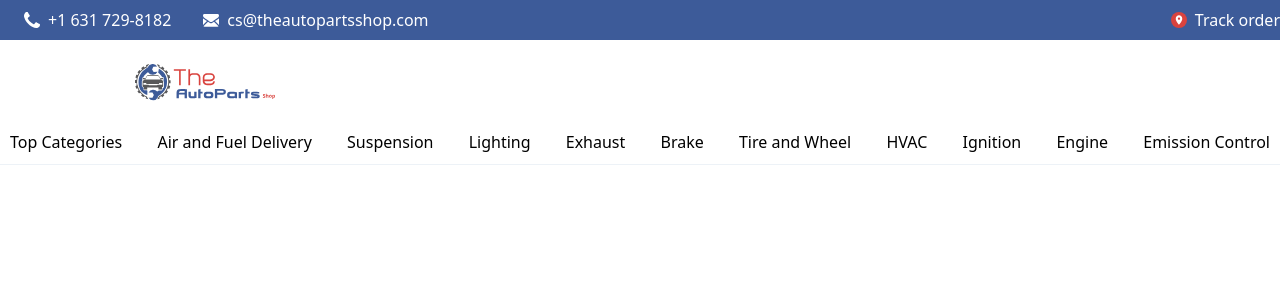
Repository: robindhimanspineor/TAPS-Next
Page: /
An editor plug-in stored every save of this project. The page is shown before and after the next save, followed by the edit.
The browser window is 1280 px wide. The pictures show the whole page.
The project was rebuilt for these pictures with package versions that can differ from the ones it lists, and the page was loaded fresh each time. The framework's server and built-in components were replaced by stand-ins that run in the browser. Also part of the build but not shown: next.config.js.

Above is the page before, as saved 2021-09-16 17:03:02.

### src/pages/index.tsx
// import { useRouter } from 'next/router';

// import { Meta } from '../layout/Meta';
// import { Main } from '../templates/Main';
import Header from '../components/common/header';

const Index = () => {
  // const router = useRouter();

  return (
    // <Main
    //   meta={
    //     <Meta
    //       title="Next.js Boilerplate Presentation"
    //       description="Next js Boilerplate is the perfect starter code for your project. Build your React application with the Next.js framework."
    //     />
    //   }
    // >
    // </Main>
    <div>
      <main className="main-container block">
        <Header />
      </main>
    </div>
  );
};

export default Index;

### src/styles/main.css
@tailwind base;
a {
  @apply text-blue-700;
}

a:hover {
  @apply border-b-2 border-blue-700;
}

@tailwind components;
@tailwind utilities;
.content p {
  @apply my-6;
}

.content ul {
  @apply my-6;
}

a {
  text-decoration: none;
  color: black;
}

.main-header {
  display: flex;
  flex-direction: row;
  flex-wrap: nowrap;
  align-content: flex-start;
  align-items: center;
  height: 80px;
  max-width: 1580px;
  flex-grow: 1;
  width: 100%;
  padding: 0 125px 0 115px;
}

.logo {
  flex-basis: 260px;
  display: flex;
  align-items: center;
  justify-content: flex-start;
  padding-left: 20px;
}

.logo a {
  display: inline-block;
}

.logo a span {
  display: block;
  margin-top: 5px;
  width: 140px;
}

### src/components/common/header/index.tsx
import TopHeader from './top-header';
import MainHeader from './main-header';
import CategoriesHeader from './categories-header';

const Header = () => {
  return (
    <header className="flex flex-col items-center justify-center w-full static border-b z-50">
      <TopHeader />
      <MainHeader />
      <CategoriesHeader />
    </header>
  );
};

export default Header;

### src/components/common/header/top-header.tsx
import PhoneHandle from '../../../svg/PhoneHandleSvg.js';
import MailBoxSvg from '../../../svg/MailBoxSvg.js';
import TrackOrderSvg from '../../../svg/TrackOrderSvg.js';

import topHeaderStyles from '../../../styles/top-header.module.css';
const TopHeader = () => {
  return (
    <div className={`${topHeaderStyles.bgBlue} head-top py-2 w-full text-base`}>
      <div className="w-screen max-w-screen-xl flex justify-between mx-auto">
        <div className="head-top-left flex text-white font-medium pl-6">
          <div className="head-top-phone flex items-center text-white w-auto">
            <div
              className="text-white h-6 w-6 flex items-center pr-2"
              style={{ fill: '#fff' }}
            >
              <PhoneHandle />
            </div>
            <p>+1 631 729-8182</p>
          </div>
          <div className="heap-top-email flex items-center text-white w-auto ml-8">
            <div
              className="text-white h-6 w-6 flex items-center pr-2"
              style={{ fill: '#fff' }}
            >
              <MailBoxSvg />
            </div>
            <p>cs@theautopartsshop.com</p>
          </div>
        </div>
        <div className="head-top-right text-white font-medium">
          <div
            className="head-top-track-order flex items-center text-white w-auto cursor-pointer"
            onClick={() => console.log('track order')}
          >
            <div
              className="text-white h-6 w-6 flex items-center pr-2 "
              style={{ fill: '#fff' }}
            >
              <TrackOrderSvg />
            </div>
            <p>Track order</p>
          </div>
        </div>
      </div>
    </div>
  );
};
export default TopHeader;

### src/components/common/header/main-header.tsx
import Logo from './logo';

const MainHeader = () => {
  return (
    <div className="main-header">
      <Logo />
      <div className="searchbar"></div>
      <div className="cart-button"></div>
    </div>
  );
};

export default MainHeader;

### src/components/common/header/categories-header.tsx
import Link from 'next/link';
const CategoriesHeader = () => {
  return (
    <div className="header-categories w-screen max-w-screen-xl flex justify-between ">
      <Link href="/">
        <a className="m-2.5 text-black">Top Categories</a>
      </Link>
      <Link href="/air-and-fuel-delivery">
        <a className="m-2.5 text-black">Air and Fuel Delivery</a>
      </Link>
      <Link href="/suspension">
        <a className="m-2.5 text-black">Suspension</a>
      </Link>
      <Link href="/electrical-lighting-and-body">
        <a className="m-2.5 text-black">Lighting</a>
      </Link>
      <Link href="/exhaust">
        <a className="m-2.5 text-black">Exhaust</a>
      </Link>
      <Link href="/brake">
        <a className="m-2.5 text-black">Brake</a>
      </Link>
      <Link href="/tire-and-wheel">
        <a className="m-2.5 text-black">Tire and Wheel</a>
      </Link>
      <Link href="/hvac">
        <a className="m-2.5 text-black">HVAC</a>
      </Link>
      <Link href="/ignition">
        <a className="m-2.5 text-black">Ignition</a>
      </Link>
      <Link href="/engine">
        <a className="m-2.5 text-black">Engine</a>
      </Link>
      <Link href="/emission-control">
        <a className="m-2.5 text-black">Emission Control</a>
      </Link>
    </div>
  );
};

export default CategoriesHeader;

### src/svg/PhoneHandleSvg.js
import React from 'react';

const PhoneHandle = () => (
  <svg
    version="1.1"
    xmlns="http://www.w3.org/2000/svg"
    xmlnsXlink="http://www.w3.org/1999/xlink"
    x="0px"
    y="0px"
    width="401.998px"
    height="401.998px"
    viewBox="0 0 401.998 401.998"
    style={{ enableBackground: 'new 0 0 401.998 401.998' }}
    xmlSpace="preserve"
    aria-label="phone handle svg"
  >
    <g>
      <path
        d="M401.129,311.475c-1.137-3.426-8.371-8.473-21.697-15.129c-3.61-2.098-8.754-4.949-15.41-8.566
		c-6.662-3.617-12.709-6.95-18.13-9.996c-5.432-3.045-10.521-5.995-15.276-8.846c-0.76-0.571-3.139-2.234-7.136-5
		c-4.001-2.758-7.375-4.805-10.14-6.14c-2.759-1.327-5.473-1.995-8.138-1.995c-3.806,0-8.56,2.714-14.268,8.135
		c-5.708,5.428-10.944,11.324-15.7,17.706c-4.757,6.379-9.802,12.275-15.126,17.7c-5.332,5.427-9.713,8.138-13.135,8.138
		c-1.718,0-3.86-0.479-6.427-1.424c-2.566-0.951-4.518-1.766-5.858-2.423c-1.328-0.671-3.607-1.999-6.845-4.004
		c-3.244-1.999-5.048-3.094-5.428-3.285c-26.075-14.469-48.438-31.029-67.093-49.676c-18.649-18.658-35.211-41.019-49.676-67.097
		c-0.19-0.381-1.287-2.19-3.284-5.424c-2-3.237-3.333-5.518-3.999-6.854c-0.666-1.331-1.475-3.283-2.425-5.852
		s-1.427-4.709-1.427-6.424c0-3.424,2.713-7.804,8.138-13.134c5.424-5.327,11.326-10.373,17.7-15.128
		c6.379-4.755,12.275-9.991,17.701-15.699c5.424-5.711,8.136-10.467,8.136-14.273c0-2.663-0.666-5.378-1.997-8.137
		c-1.332-2.765-3.378-6.139-6.139-10.138c-2.762-3.997-4.427-6.374-4.999-7.139c-2.852-4.755-5.799-9.846-8.848-15.271
		c-3.049-5.424-6.377-11.47-9.995-18.131c-3.615-6.658-6.468-11.799-8.564-15.415C98.986,9.233,93.943,1.997,90.516,0.859
		C89.183,0.288,87.183,0,84.521,0c-5.142,0-11.85,0.95-20.129,2.856c-8.282,1.903-14.799,3.899-19.558,5.996
		c-9.517,3.995-19.604,15.605-30.264,34.826C4.863,61.566,0.01,79.271,0.01,96.78c0,5.135,0.333,10.131,0.999,14.989
		c0.666,4.853,1.856,10.326,3.571,16.418c1.712,6.09,3.093,10.614,4.137,13.56c1.045,2.948,2.996,8.229,5.852,15.845
		c2.852,7.614,4.567,12.275,5.138,13.988c6.661,18.654,14.56,35.307,23.695,49.964c15.03,24.362,35.541,49.539,61.521,75.521
		c25.981,25.98,51.153,46.49,75.517,61.526c14.655,9.134,31.314,17.032,49.965,23.698c1.714,0.568,6.375,2.279,13.986,5.141
		c7.614,2.854,12.897,4.805,15.845,5.852c2.949,1.048,7.474,2.43,13.559,4.145c6.098,1.715,11.566,2.905,16.419,3.576
		c4.856,0.657,9.853,0.996,14.989,0.996c17.508,0,35.214-4.856,53.105-14.562c19.219-10.656,30.826-20.745,34.823-30.269
		c2.102-4.754,4.093-11.273,5.996-19.555c1.909-8.278,2.857-14.985,2.857-20.126C401.99,314.814,401.703,312.819,401.129,311.475z"
      />
    </g>
    <g />
    <g />
    <g />
    <g />
    <g />
    <g />
    <g />
    <g />
    <g />
    <g />
    <g />
    <g />
    <g />
    <g />
    <g />
  </svg>
);

export default PhoneHandle;

### src/svg/MailBoxSvg.js
import React from 'react';

const MailBoxSvg = () => (
  <svg
    version="1.1"
    xmlns="http://www.w3.org/2000/svg"
    xmlnsXlink="http://www.w3.org/1999/xlink"
    x="0px"
    y="0px"
    width="550.795px"
    height="550.795px"
    viewBox="0 0 550.795 550.795"
    style={{ enableBackground: 'new 0 0 550.795 550.795' }}
    xmlSpace="preserve"
    aria-label="mail box"
  >
    <g>
      <g>
        <path
          d="M501.613,491.782c12.381,0,23.109-4.088,32.229-12.16L377.793,323.567c-3.744,2.681-7.373,5.288-10.801,7.767
			c-11.678,8.604-21.156,15.318-28.434,20.129c-7.277,4.822-16.959,9.737-29.045,14.755c-12.094,5.024-23.361,7.528-33.813,7.528
			h-0.306h-0.306c-10.453,0-21.72-2.503-33.813-7.528c-12.093-5.018-21.775-9.933-29.045-14.755
			c-7.277-4.811-16.75-11.524-28.434-20.129c-3.256-2.387-6.867-5.006-10.771-7.809L16.946,479.622
			c9.119,8.072,19.854,12.16,32.234,12.16H501.613z"
        />
        <path
          d="M31.047,225.299C19.37,217.514,9.015,208.598,0,198.555V435.98l137.541-137.541
			C110.025,279.229,74.572,254.877,31.047,225.299z"
        />
        <path
          d="M520.059,225.299c-41.865,28.336-77.447,52.73-106.75,73.195l137.486,137.492V198.555
			C541.98,208.396,531.736,217.306,520.059,225.299z"
        />
        <path
          d="M501.613,59.013H49.181c-15.784,0-27.919,5.33-36.42,15.979C4.253,85.646,0.006,98.97,0.006,114.949
			c0,12.907,5.636,26.892,16.903,41.959c11.267,15.061,23.256,26.891,35.961,35.496c6.965,4.921,27.969,19.523,63.012,43.801
			c18.917,13.109,35.368,24.535,49.505,34.395c12.05,8.396,22.442,15.667,31.022,21.701c0.985,0.691,2.534,1.799,4.59,3.269
			c2.215,1.591,5.018,3.61,8.476,6.107c6.659,4.816,12.191,8.709,16.597,11.683c4.4,2.975,9.731,6.298,15.985,9.988
			c6.249,3.685,12.143,6.456,17.675,8.299c5.533,1.842,10.655,2.766,15.367,2.766h0.306h0.306c4.711,0,9.834-0.924,15.368-2.766
			c5.531-1.843,11.42-4.608,17.674-8.299c6.248-3.69,11.572-7.02,15.986-9.988c4.406-2.974,9.938-6.866,16.598-11.683
			c3.451-2.497,6.254-4.517,8.469-6.102c2.057-1.476,3.605-2.577,4.596-3.274c6.684-4.651,17.1-11.892,31.104-21.616
			c25.482-17.705,63.01-43.764,112.742-78.281c14.957-10.447,27.453-23.054,37.496-37.803c10.025-14.749,15.051-30.22,15.051-46.408
			c0-13.525-4.873-25.098-14.598-34.737C526.461,63.829,514.932,59.013,501.613,59.013z"
        />
      </g>
    </g>
    <g />
    <g />
    <g />
    <g />
    <g />
    <g />
    <g />
    <g />
    <g />
    <g />
    <g />
    <g />
    <g />
    <g />
    <g />
  </svg>
);

export default MailBoxSvg;

### src/svg/TrackOrderSvg.js
import React from 'react';

const TrackOrderSvg = () => (
    <svg xmlns="http://www.w3.org/2000/svg"
        version="1.1"
        id="Layer_1"
        x="0px"
        y="0px"
        viewBox="0 0 28 28"
        style={{ enableBackground: "new 0 0 28 28" }}>

        <circle id="Ellipse_2" fill="#D9433E" cx="14" cy="14" r="14" />
        <path id="Icon_material-location-on" fill="#FFFFFF" d="M14,5.9c-3.1,0-5.7,2.5-5.7,5.7c0,0,0,0,0,0c0,4.3,5.7,10.5,5.7,10.5  s5.7-6.3,5.7-10.5C19.7,8.4,17.1,5.9,14,5.9C14,5.9,14,5.9,14,5.9z M14,13.6c-1.1,0-2-0.9-2-2c0-1.1,0.9-2,2-2c1.1,0,2,0.9,2,2l0,0  C16,12.7,15.1,13.6,14,13.6z" />
    </svg>
);

export default TrackOrderSvg;

### src/styles/top-header.module.css
.bgBlue {
  background-color: #3d5b99;
}

### src/components/common/header/logo.tsx
import React from 'react';
import Link from 'next/link';

const Logo = () => (
  <div className="logo">
    <Link href="/">
      <a>
        <span>
          <svg x="0px" y="0px" viewBox="0 0 1004.91 260.67">
            <title>theautopartsshop.com</title>
            <path
              fill="#ff0"
              d="M231.67,154.11"
              transform="translate(-48.51 -38.87)"
            />
            <path
              fill="#ff0"
              d="M259.25,150.17"
              transform="translate(-48.51 -38.87)"
            />
            <path
              fill="#d9433e"
              d="M327.3,76.1h86.6V87.9H376.66V191.22H364.95V87.9H327.3Z"
              transform="translate(-48.51 -38.87)"
            />
            <path
              fill="#d9433e"
              d="M431.62,76h12.2v33.85q8.8-5.33,15.59-5.33h31.1q10.58,0,20.92,10.66,6.87,7.35,6.87,23.59v52.43H506.5V137.58q0-16.07-12.12-20.12l-5.33-.73H461.67q-13.81,0-17.53,12.93l-.32,2.67v58.89h-12.2Z"
              transform="translate(-48.51 -38.87)"
            />
            <path
              fill="#d9433e"
              d="M564.53,104.46h28.19q20.2,0,28.2,21.65l.73,5.74v3.39q0,14.46-16.32,24.4A35.87,35.87,0,0,1,592,162.3H547.08V163q0,11.47,13.33,15.59l7.59.81h20.92q15.83,0,20.12-11.39a34.07,34.07,0,0,0,1.54-6.14h11.07q0,20.76-22.46,28.6l-6.46.73h-24.4q-24.16,0-31.91-19.39a43.41,43.41,0,0,1-1.53-10.66V134.11q0-19.63,19-27.79A26.84,26.84,0,0,1,564.53,104.46Zm-17.85,33.85v12.2h41.12q17,0,20.52-10.34a15.89,15.89,0,0,0,1.54-7.19q0-7-6.06-12.52-4.2-4.2-15.27-4.2H568.73q-12.52,0-16.72,4.93Q546.68,125.38,546.68,138.31Z"
              transform="translate(-48.51 -38.87)"
            />
            <path
              fill="#d9433e"
              d="M983.65,273.4a6.78,6.78,0,0,1-2.56,5.6,11.11,11.11,0,0,1-7.12,2,16.71,16.71,0,0,1-7.43-1.58V274.3A30.63,30.63,0,0,0,971,276a13.3,13.3,0,0,0,3.37.49,4.79,4.79,0,0,0,2.81-.7,2.4,2.4,0,0,0,1-2.08,2.3,2.3,0,0,0-.43-1.37,4.81,4.81,0,0,0-1.27-1.16,32.89,32.89,0,0,0-3.4-1.78,16.1,16.1,0,0,1-3.61-2.17,8.15,8.15,0,0,1-1.92-2.42,6.91,6.91,0,0,1-.72-3.23,6.78,6.78,0,0,1,2.36-5.47,9.8,9.8,0,0,1,6.53-2,15.4,15.4,0,0,1,3.9.48,26.89,26.89,0,0,1,3.89,1.36l-1.79,4.33a26.36,26.36,0,0,0-3.47-1.2,11.18,11.18,0,0,0-2.7-.34,3.57,3.57,0,0,0-2.42.74,2.42,2.42,0,0,0-.84,1.92,2.38,2.38,0,0,0,.34,1.28,3.74,3.74,0,0,0,1.09,1.06,33.55,33.55,0,0,0,3.53,1.84,14,14,0,0,1,5,3.53A6.89,6.89,0,0,1,983.65,273.4Z"
              transform="translate(-48.51 -38.87)"
            />
            <path
              fill="#d9433e"
              d="M1006.43,280.69H1001V269q0-4.34-3.23-4.34a3.67,3.67,0,0,0-3.32,1.56,9.53,9.53,0,0,0-1,5.06v9.44H987.9V252.75h5.48v5.69q0,.67-.13,3.12l-.12,1.62h.29a6.34,6.34,0,0,1,5.82-2.94,7.11,7.11,0,0,1,5.37,1.9,7.56,7.56,0,0,1,1.83,5.46Z"
              transform="translate(-48.51 -38.87)"
            />
            <path
              fill="#d9433e"
              d="M1030.23,270.62q0,4.9-2.58,7.67a9.37,9.37,0,0,1-7.2,2.76,10.07,10.07,0,0,1-5.1-1.27,8.41,8.41,0,0,1-3.39-3.64,12.21,12.21,0,0,1-1.19-5.53q0-4.92,2.57-7.65a9.43,9.43,0,0,1,7.22-2.73,10.13,10.13,0,0,1,5.1,1.26,8.39,8.39,0,0,1,3.39,3.61A12.1,12.1,0,0,1,1030.23,270.62Zm-13.88,0a8.42,8.42,0,0,0,1,4.51,3.5,3.5,0,0,0,3.19,1.53,3.44,3.44,0,0,0,3.15-1.52,8.54,8.54,0,0,0,1-4.51,8.29,8.29,0,0,0-1-4.47,4.12,4.12,0,0,0-6.34,0A8.28,8.28,0,0,0,1016.35,270.62Z"
              transform="translate(-48.51 -38.87)"
            />
            <path
              fill="#d9433e"
              d="M1045.7,281a6.65,6.65,0,0,1-5.55-2.57h-.29q.29,2.51.29,2.91v8.13h-5.48v-28.9h4.45l.77,2.6h.25a6.33,6.33,0,0,1,5.69-3,6.51,6.51,0,0,1,5.57,2.75q2,2.75,2,7.63a15.07,15.07,0,0,1-.94,5.58,7.83,7.83,0,0,1-2.68,3.61A6.88,6.88,0,0,1,1045.7,281Zm-1.62-16.43a3.46,3.46,0,0,0-3,1.25,7.16,7.16,0,0,0-1,4.12v.59a8.45,8.45,0,0,0,1,4.63,3.43,3.43,0,0,0,3,1.4q3.68,0,3.68-6.07a8.67,8.67,0,0,0-.91-4.44A3.09,3.09,0,0,0,1044.09,264.62Z"
              transform="translate(-48.51 -38.87)"
            />
            <path
              fill="#3d5b99"
              d="M363.38,284.2h-16.7V251.25a79.65,79.65,0,0,1,1.21-14.73A20.87,20.87,0,0,1,353,226q3.88-4.2,11.12-6.34t19.2-2.14a168.44,168.44,0,0,1,20.76,1.21q9.69,1.21,17.19,1.92V284.2H404.64V258.48H363.47Zm41.25-51.52q-4.82-.36-10.22-.58t-11.3-.22a39.21,39.21,0,0,0-9.46.94,14.28,14.28,0,0,0-5.8,2.77,10.42,10.42,0,0,0-3.08,4.38,21.9,21.9,0,0,0-1.21,5.76h41.07Z"
              transform="translate(-48.51 -38.87)"
            />
            <path
              fill="#3d5b99"
              d="M459.73,285.27a67,67,0,0,1-11.92-.94,19.65,19.65,0,0,1-8.57-3.57,16,16,0,0,1-5.18-7.28,34.9,34.9,0,0,1-1.74-12.05V238.57H449v22.86a14,14,0,0,0,.63,4.55,6.31,6.31,0,0,0,1.92,2.86,7.71,7.71,0,0,0,3.3,1.52,22.7,22.7,0,0,0,4.87.45q1.69,0,3.13,0t3-.18l3.39-.27q1.83-.13,4.42-.4V238.57h16.61v43.57q-3.39.45-6.79,1t-7.1,1q-3.71.45-7.77.76T459.73,285.27Z"
              transform="translate(-48.51 -38.87)"
            />
            <path
              fill="#3d5b99"
              d="M533.48,250.36H518.93V284.2h-16.7V222.59l16.7-4.29v19.29h14.55Z"
              transform="translate(-48.51 -38.87)"
            />
            <path
              fill="#3d5b99"
              d="M576.87,237.59a117.41,117.41,0,0,1,16.21.94,26.66,26.66,0,0,1,10.67,3.57,14.69,14.69,0,0,1,5.89,7.28,41.59,41.59,0,0,1,0,24.11,14.68,14.68,0,0,1-5.89,7.28,26.63,26.63,0,0,1-10.67,3.57,140.93,140.93,0,0,1-32.46,0A26.3,26.3,0,0,1,550,280.76a14.73,14.73,0,0,1-5.85-7.28,41.58,41.58,0,0,1,0-24.11A14.75,14.75,0,0,1,550,242.1a26.33,26.33,0,0,1,10.67-3.57A118.41,118.41,0,0,1,576.87,237.59Zm0,33.21q5.09,0,8.39-.31a14.21,14.21,0,0,0,5.18-1.29,5.5,5.5,0,0,0,2.63-2.81,13.24,13.24,0,0,0,.76-5,13.61,13.61,0,0,0-.76-5,5.48,5.48,0,0,0-2.63-2.86,14.27,14.27,0,0,0-5.18-1.29q-3.3-.31-8.39-.31t-8.39.31a14.7,14.7,0,0,0-5.22,1.29,5.24,5.24,0,0,0-2.63,2.86,14.34,14.34,0,0,0-.71,5,14,14,0,0,0,.71,5,5.26,5.26,0,0,0,2.63,2.81,14.64,14.64,0,0,0,5.22,1.29Q571.78,270.81,576.87,270.81Z"
              transform="translate(-48.51 -38.87)"
            />
            <path
              fill="#3d5b99"
              d="M672.05,218.21a57.24,57.24,0,0,1,13.71,1.38,23.44,23.44,0,0,1,8.79,4,14.2,14.2,0,0,1,4.69,6.34,24.65,24.65,0,0,1,1.38,8.57,28.61,28.61,0,0,1-1.29,9.11,13,13,0,0,1-4.51,6.29,22,22,0,0,1-8.75,3.66,67.6,67.6,0,0,1-14,1.21H638.66V284.2H622.05v-66h50Zm0,27.77a43.81,43.81,0,0,0,5.67-.31,11.57,11.57,0,0,0,3.88-1.12,5,5,0,0,0,2.23-2.28,8.72,8.72,0,0,0,.71-3.79,8.11,8.11,0,0,0-.8-3.88,5.48,5.48,0,0,0-2.37-2.28,11.43,11.43,0,0,0-3.93-1.07,48.49,48.49,0,0,0-5.4-.27H638.66v15Z"
              transform="translate(-48.51 -38.87)"
            />
            <path
              fill="#3d5b99"
              d="M744.11,237.59a113.36,113.36,0,0,1,12.5.71q6.43.72,11.88,1.52,6.25,1,12.41,2.14V284.2H768.84L766.79,282a54.66,54.66,0,0,1-9.6,2.32,80.48,80.48,0,0,1-13.08,1,118.41,118.41,0,0,1-16.25-.94,26.68,26.68,0,0,1-10.71-3.57,14.66,14.66,0,0,1-5.89-7.28,41.57,41.57,0,0,1,0-24.11,14.67,14.67,0,0,1,5.89-7.28,26.71,26.71,0,0,1,10.71-3.57A118.41,118.41,0,0,1,744.11,237.59Zm0,33.21q1.69,0,4.15-.09t5.18-.22l5.54-.27q2.81-.13,5.31-.31V252.86q-2.5-.09-5.31-.27t-5.54-.31q-2.72-.13-5.18-.22t-4.15-.09q-5.09,0-8.39.31a14.7,14.7,0,0,0-5.22,1.29,5.24,5.24,0,0,0-2.63,2.86,14.33,14.33,0,0,0-.71,5,13.94,13.94,0,0,0,.71,5,5.26,5.26,0,0,0,2.63,2.81,14.64,14.64,0,0,0,5.22,1.29Q739,270.81,744.11,270.81Z"
              transform="translate(-48.51 -38.87)"
            />
            <path
              fill="#3d5b99"
              d="M801.17,239.33q4.46-.58,9.2-1t9.64-.58q4.91-.18,9.64-.18v12q-5.09.27-8.79.71t-6.29.89q-2.95.54-5.09,1.07v32H792.86V240.72Q796.7,239.91,801.17,239.33Z"
              transform="translate(-48.51 -38.87)"
            />
            <path
              fill="#3d5b99"
              d="M871.52,250.36H857V284.2h-16.7V222.59L857,218.3v19.29h14.55Z"
              transform="translate(-48.51 -38.87)"
            />
            <path
              fill="#3d5b99"
              d="M943.67,270.9a12.91,12.91,0,0,1-1.74,6.92,11.93,11.93,0,0,1-5.8,4.51,38.31,38.31,0,0,1-10.71,2.37,144.32,144.32,0,0,1-16.56.49q-3.75-.09-7.68-.4t-7.41-.76q-3.48-.45-6.29-.89l-4.42-.71V271.88q5.44.27,10.45.45,4.28.18,8.66.31t7,.13q5.44.18,8.79.13a40.62,40.62,0,0,0,5.13-.31,5.15,5.15,0,0,0,2.37-.76,1.9,1.9,0,0,0,.67-1.29,1.21,1.21,0,0,0-.36-1.12,3.88,3.88,0,0,0-1.7-.67,28.45,28.45,0,0,0-3.44-.45l-5.58-.45q-10.72-.8-17.41-2a40.1,40.1,0,0,1-10.45-3,10.28,10.28,0,0,1-5-4.51,14.65,14.65,0,0,1-1.29-6.43,12.16,12.16,0,0,1,1.74-6.61,12.55,12.55,0,0,1,5.8-4.55,37.81,37.81,0,0,1,10.71-2.54,129.93,129.93,0,0,1,16.56-.58q4.37.09,8.75.54t7.86,1q4.11.63,7.77,1.34v10.89q-2.32-.27-5.67-.49t-6.83-.4q-3.48-.18-6.7-.31l-5.45-.22q-5.54-.09-8.84,0a46.56,46.56,0,0,0-5.13.36,5.23,5.23,0,0,0-2.41.76,1.52,1.52,0,0,0-.58,1.21,1.45,1.45,0,0,0,.36,1.07,3.35,3.35,0,0,0,1.52.63,24.73,24.73,0,0,0,3.35.45l5.85.45q10.8.8,17.5,2a40.41,40.41,0,0,1,10.4,3,10.31,10.31,0,0,1,5,4.51A14.66,14.66,0,0,1,943.67,270.9Z"
              transform="translate(-48.51 -38.87)"
            />
            <path
              fill="#58585a"
              d="M246.48,147.78a4.09,4.09,0,0,0,4.09-4.09v-2.74a2.07,2.07,0,0,0-2.3-2.06l-18,2-2.48-3.84-10-15.38a7.11,7.11,0,0,0-6-3.25H140.45a6.18,6.18,0,0,0-5.33,3L126,137l-2.35,4-16.24-1.91a3.32,3.32,0,0,0-3.71,3.3v1.77a3.65,3.65,0,0,0,3.65,3.65h12.29l-2.76,4.69-6,3.33-6,3.33a3.32,3.32,0,0,0-1.7,2.9v37.46a2.66,2.66,0,0,0,2.14,2.61l1.74,1,1.74,1a3,3,0,0,1,2.4,2.91l0,5.4,0,8a2.1,2.1,0,0,0,2.36,2.07l1.59-.19,1.59-.19h17.6a1.83,1.83,0,0,0,1.83-1.83V206.72h80.39v13.5a1.92,1.92,0,0,0,1.92,1.92h22a1.91,1.91,0,0,0,1.91-1.91V207.06a3.22,3.22,0,0,1,1.37-2.64l2-1,2-1a3.32,3.32,0,0,0,1.83-1,2.86,2.86,0,0,0,.77-1.9V161.24a3.28,3.28,0,0,0-1.74-2.9l-5.53-2.94-5.53-2.94-4.12-6.37,1.39,1.68ZM137.42,123h77.66l18.27,27.41H121.43Zm104.14,52.61a3.58,3.58,0,0,1,3.58,3.58v5.37a3.24,3.24,0,0,1-3.24,3.24h-30a3.59,3.59,0,0,0-3,1.69l-.3.48-.3.48a3.41,3.41,0,0,1-2.89,1.6H150.66a3.15,3.15,0,0,1-2.67-1.48l-.32-.51-.32-.51a3.75,3.75,0,0,0-3.18-1.76H111.57a3.37,3.37,0,0,1-3.37-3.37v-5.52a3.3,3.3,0,0,1,3.3-3.3h15a3.45,3.45,0,0,1,3.41,2.89l.22,1,.22,1a2.37,2.37,0,0,0,2.32,1.86h85.46a2.53,2.53,0,0,0,2.52-2.52v-.31a3.94,3.94,0,0,1,3.94-3.94h17Z"
              transform="translate(-48.51 -38.87)"
            />
            <path
              fill="#58585a"
              d="M147.65,44.92V39.66l-18.16,5.68a2.82,2.82,0,0,0-1.8,3.68l2.89,7.71-14.44,7.88-5.7-8a1.51,1.51,0,0,0-2.09-.36L93.76,67.68a1.51,1.51,0,0,0-.37,2.12l5.67,6.63L87.25,88.25l-6.61-5.78a1.51,1.51,0,0,0-2.07.46L67,97.63a1.51,1.51,0,0,0,.3,2l6.85,5.71-6.57,13.13-9-2.26a1.51,1.51,0,0,0-1.83,1.1l-4.53,18.13a1.51,1.51,0,0,0,1.05,1.82L61,139.46l-2,15.1H50a1.51,1.51,0,0,0-1.51,1.51v18A1.51,1.51,0,0,0,50,175.57h9l1.31,17.07L52.42,196a1.51,1.51,0,0,0-.84,1.87l5.67,17a1.51,1.51,0,0,0,1.85,1l7.8-2.23,7.88,14.44-7.93,5.67a1.51,1.51,0,0,0-.33,2.13l10,13.38a1.51,1.51,0,0,0,2,.35l8-4.46L98.41,257l-5.55,6.66a1.51,1.51,0,0,0,.25,2.17L106.65,276a1.51,1.51,0,0,0,1.87,0l7-5.8,13.13,6.57-3.29,7.68a1.51,1.51,0,0,0,.91,2l18.14,6-11.82-21s-52.52-15.76-67-85.35c0,0-17.07-84,69.59-124.74C135.18,61.33,139.12,50.83,147.65,44.92Z"
              transform="translate(-48.51 -38.87)"
            />
            <path
              fill="#3d5b99"
              d="M182.26,96.67,171.12,78.25l8.44-20,28.33-2.17A38.73,38.73,0,0,0,140,62.58l0,1.65c-17.78,9.3-53.1,34.1-63,75.89,0,0-10.77,44,7.45,79.68,0,0,12,27.32,52.1,42l.88-29.77-1.25-2.58a6.82,6.82,0,0,0-4.09-1.36H116.16a7.85,7.85,0,0,1-5.55-2.3,2.62,2.62,0,0,1-.77-1.85V212.75a5.15,5.15,0,0,0-1.51-3.65l-9.23-7.91a5.2,5.2,0,0,1-1.52-3.68v-33a12.31,12.31,0,0,1,1.3-5.51l1.1-2.21a6.26,6.26,0,0,0,.66-2.8l.31-13.75s1.81-5,4-5h2.11c1.87,0,4.62-8.24,5.66-9.8,3.1-4.63,18.15-19,30.25-28.8l.32,2.38a38.73,38.73,0,0,0,67.23-4.46Z"
              transform="translate(-48.51 -38.87)"
            />
            <path
              fill="#3d5b99"
              d="M277.2,145.8c-11.37-54.92-57.36-72.24-57.36-72.24L215,101.14c12.35,7.41,24.69,24.76,29,31.23a5.6,5.6,0,0,0,4.66,2.49h2.11c2.23,0,4,.5,4,2.73l-1.31,22.06a6.26,6.26,0,0,0,.66,2.8l1.1,2.21a12.31,12.31,0,0,1,1.3,5.51v33a5.2,5.2,0,0,1-1.52,3.68l-7.91,6.6a5.16,5.16,0,0,0-1.51,3.65v6a2.62,2.62,0,0,1-.77,1.85c-1.47,1.47-3.47,3.61-5.55,3.61H223.43a6.82,6.82,0,0,0-4.09,1.36L208,236.67a37.94,37.94,0,0,0-61.74,6l27.82-.07,9.65,18.9-9.56,18.9-27.82.07a38,38,0,0,0,66.1-.4l.5-7.91,2.73-3.69c37.06-22.67,47.55-45.64,47.55-45.64C284.21,197.23,277.2,145.8,277.2,145.8Z"
              transform="translate(-48.51 -38.87)"
            />
            <path
              fill="#58585a"
              d="M207.4,46.23V41l15.54,5.68a2.82,2.82,0,0,1,1.8,3.68L224.47,58l11.82,7.88,5.7-8a1.51,1.51,0,0,1,2.09-.36L258.66,69a1.51,1.51,0,0,1,.37,2.12l-5.67,6.63,11.82,11.82,6.61-5.78a1.51,1.51,0,0,1,2.07.46l11.6,14.69a1.51,1.51,0,0,1-.3,2l-8.17,4.4,7.88,14.44,9-2.26a1.51,1.51,0,0,1,1.83,1.1l4.53,18.13a1.51,1.51,0,0,1-1.05,1.82l-6.47,2.22.66,15.1h9a1.51,1.51,0,0,1,1.51,1.51v18a1.51,1.51,0,0,1-1.51,1.51h-9L290.78,194,300,196a1.51,1.51,0,0,1,.84,1.87l-5.67,18.32a1.51,1.51,0,0,1-1.85,1L284.21,215l-7.88,13.13,7.93,5.67a1.51,1.51,0,0,1,.33,2.13l-11.35,14.69a1.51,1.51,0,0,1-2,.35l-6.69-4.46L252.7,258.29l5.55,5.34a1.51,1.51,0,0,1-.25,2.17l-13.53,11.46a1.51,1.51,0,0,1-1.87,0l-5.65-8.43-13.13,7.88.67,9a1.51,1.51,0,0,1-.91,2l-15.51,4.73,13.13-22.32S269.11,257,285.52,188.7c0,0,21-84-65.65-124.74C219.87,64,215.93,52.14,207.4,46.23Z"
              transform="translate(-48.51 -38.87)"
            />
          </svg>
        </span>
      </a>
    </Link>
  </div>
);

export default Logo;

Loaded but not shown: src/pages/_app.tsx (common file); src/pages/_document.tsx (common file); src/utils/AppConfig.ts (common file); tailwind.config.js (common file)

After the next save:
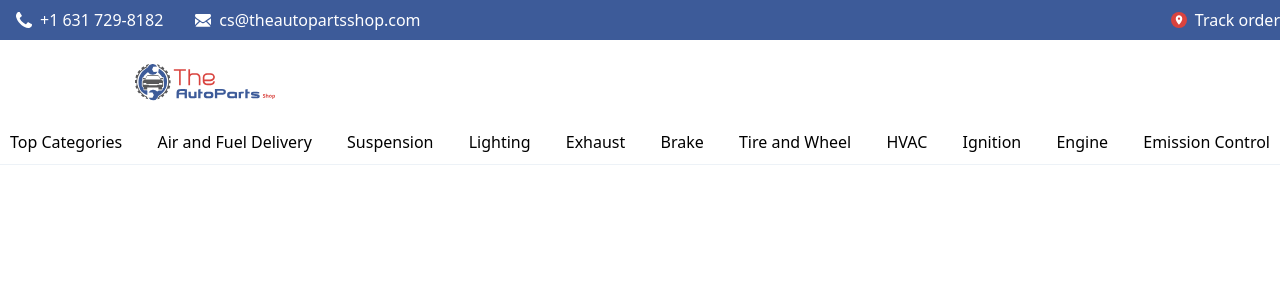
Saved 7 s later.
--- a/src/components/common/header/top-header.tsx
+++ b/src/components/common/header/top-header.tsx
@@ -7,7 +7,7 @@ const TopHeader = () => {
   return (
     <div className={`${topHeaderStyles.bgBlue} head-top py-2 w-full text-base`}>
       <div className="w-screen max-w-screen-xl flex justify-between mx-auto">
-        <div className="head-top-left flex text-white font-medium pl-6">
+        <div className="head-top-left flex text-white font-medium pl-4">
           <div className="head-top-phone flex items-center text-white w-auto">
             <div
               className="text-white h-6 w-6 flex items-center pr-2"
